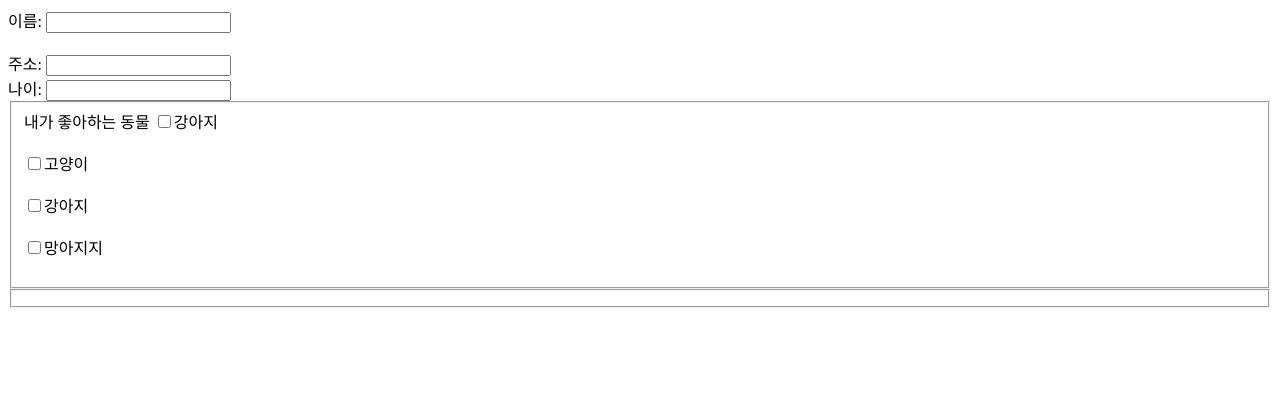
Repository: cordingdodo/javaworks2
Page: practice01/WebContent/input.html
These files come from the project's save history. The page is drawn as it stood at one moment and after the next save; the edit follows.
The browser window is 1280 px wide. The pictures show the whole page.

Above is the page before, as saved 2022-10-17 07:04:00.

After the next save:
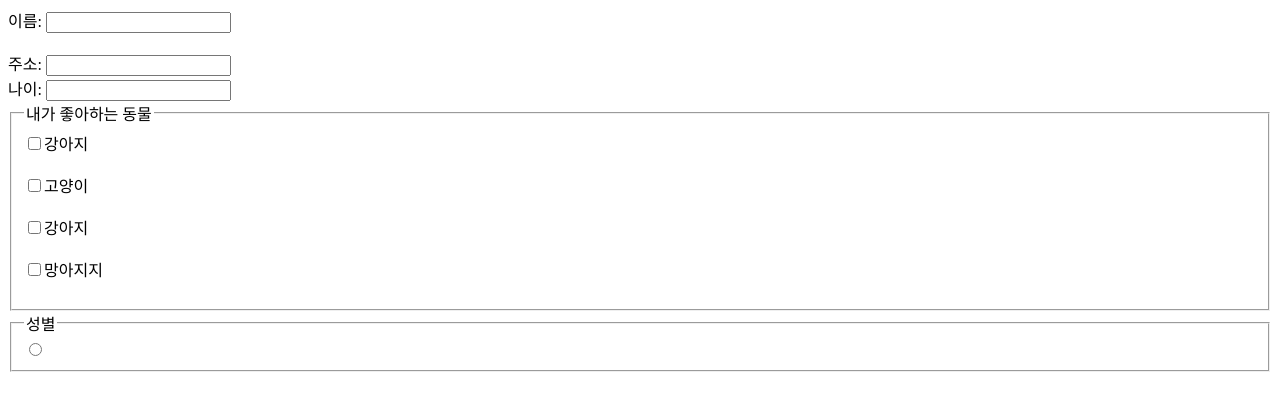
Saved 32 s later.
--- a/practice01/WebContent/input.html
+++ b/practice01/WebContent/input.html
@@ -10,13 +10,16 @@
 	주소: <input type="text" name="addr"<br><br>
 	나이: <input typet="number" name="age"<br><br>
 	<fieldset>
-		<legende>내가 좋아하는 동물</legende>
+		<legend>내가 좋아하는 동물</legend>
 		<input type="checkbox" name="pet" value="dog">강아지<br><br>
 		<input type="checkbox" name="pet" value="cat">고양이<br><br>
 		<input type="checkbox" name="pet" value="pig">강아지<br><br>
 		<input type="checkbox" name="pet" value="horse">망아지지<br><br>
 	</fieldset>
-	<fieldset></fieldset>
+	<fieldset>
+		<legend>성별</legend>
+		<input type="radio" name="female" value="f">
+	</fieldset>
 </form>
 
 </body>
